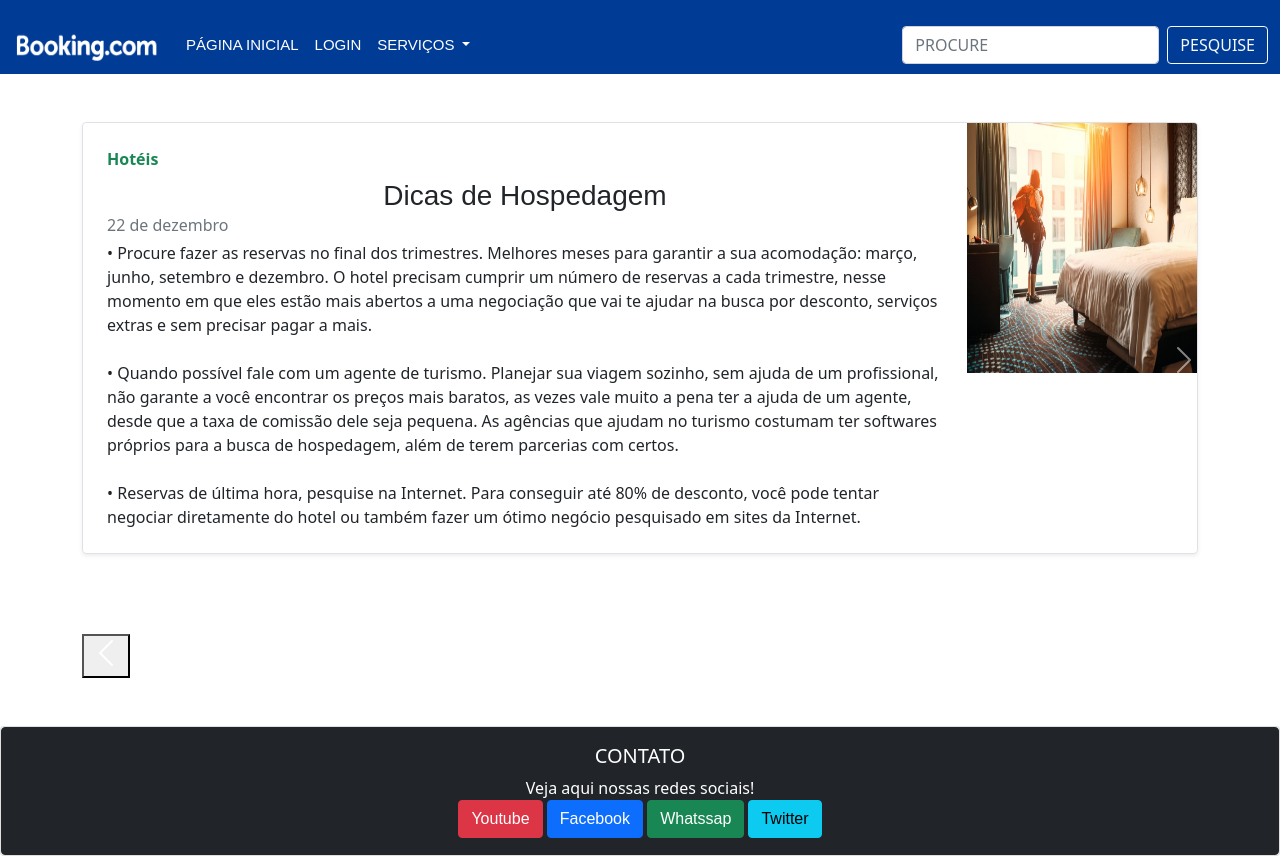
Repository: AnaLuizaDias/INB0243-
Page: contato.html
An editor plug-in stored every save of this project. The page is shown before and after the next save, followed by the edit.
The browser window is 1280 px wide. The pictures show the whole page.

Above is the page before, as saved 2023-10-25 16:12:57.

### contato.html
<!DOCTYPE html>
<html lang="pt-br">
  <head>
    <meta charset="UTF-8" />
    <meta
      name="viewport"
      content="width=device-width,
    initial-scale=1.0"
    />
    <title>Booking</title>
    <link rel="stylesheet" href="style.css" />
    <script
      src="https://cdn.jsdelivr.net/npm/bootstrap@5.1.3/dist/js/bootstrap.bundle.min.js"
      integrity="sha384-ka7Sk0Gln4gmtz2MlQnikT1wXgYsOg+OMhuP+IlRH9sENBO0LRn5q+8nbTov4+1p"
      crossorigin="anonymous"
    ></script>
    <link
      href="https://cdn.jsdelivr.net/npm/bootstrap@5.1.3/dist/css/bootstrap.min.css"
      rel="stylesheet"
      integrity="sha384-1BmE4kWBq78iYhFldvKuhfTAU6auU8tT94WrHftjDbrCEXSU1oBoqyl2QvZ6jIW3"
      crossorigin="anonymous"
    />
  </head>
  <body style="background-color: white">
    <nav class="navbar navbar-expand-lg navbar-light cor1">
      <div class="container-fluid 4"></div>
    </nav>

    <nav class="navbar navbar-expand-lg navbar-light cor1">
      <div class="container-fluid 4">
        <img src="images/booking.png" alt="Imagem" height="42" width="150" />
        <a class="navbar-brand text-white" href=""></a>
        <button
          class="navbar-toggler"
          type="button"
          data-bs-toggle="collapse"
          data-bs-target="#navbarScroll"
          aria-controls="navbarScroll"
          aria-expanded="false"
          aria-label="Toggle navigation"
        >
          <span class="navbar-toggler-icon"></span>
        </button>
        <div class="collapse navbar-collapse" id="navbarScroll">
          <ul
            class="navbar-nav me-auto my-2 my-lg-0 navbar-nav-scroll"
            style="--bs-scroll-height: 100px"
          >
            <li class="nav-item">
              <a
                class="nav-link active text-white"
                aria-current="page"
                href="index.html"
                >PÁGINA INICIAL</a
              >
            </li>
            <li class="nav-item teste">
              <a class="nav-link text-white" href="login.html">LOGIN</a>
            </li>
            <li class="nav-item dropdown">
              <a
                class="nav-link dropdown-toggle text-white"
                href="#"
                id="navbarScrollingDropdown"
                role="button"
                data-bs-toggle="dropdown"
                aria-expanded="false"
              >
                SERVIÇOS
              </a>
              <ul
                class="dropdown-menu"
                aria-labelledby="navbarScrollingDropdown"
              >
                <li><a class="dropdown-item" href="pass.html">PASSAGENS</a></li>
                <li><a class="dropdown-item" href="hot.html">HOSPEDAGEM</a></li>
                <li><a class="dropdown-item" href="loc.html">LOCOMOÇÃO</a></li>
                <li><a class="dropdown-item" href="localizacao.html">LOCALIZAÇÃO</a></li>
              <li><a class="dropdown-item" href="faq.html">FAQ</a></li>
              <li><a class="dropdown-item" href="contato.html">CONTATO</a></li>
                <li>
                  <hr class="dropdown-divider" />
                </li>
                <li>
                  <a class="dropdown-item" href="relat.html">EXPERIÊNCIAS</a>
                </li>
              </ul>
            </li>
            <li class="nav-item text-white">
              <a class="nav-link disabled"></a>
            </li>
          </ul>
          <form class="d-flex">
            <input
              class="form-control me-2"
              type="search"
              placeholder="PROCURE"
              aria-label="Search"
            />
            <button class="btn btn-outline-light" type="submit">
              PESQUISE
            </button>
          </form>
        </div>
      </div>
    </nav>
    <br /><br />

    <main class="container">
      <div class="row mb-2">
        <div class="col-md-12">
          <div
            class="row g-0 border rounded overflow-hidden flex-md-row mb-4 shadow-sm h-md-250 position-relative"
          >
            <div class="col p-4 d-flex flex-column position-static">
              <strong class="d-inline-block mb-2 text-success">Hotéis</strong>
              <h3 class="mb-0">Dicas de Hospedagem</h3>
              <div class="mb-1 text-muted">22 de dezembro</div>
              <p class="card-text mb-auto">
                • Procure fazer as reservas no final dos trimestres. Melhores
                meses para garantir a sua acomodação: março, junho, setembro e
                dezembro. O hotel precisam cumprir um número de reservas a cada
                trimestre, nesse momento em que eles estão mais abertos a uma
                negociação que vai te ajudar na busca por desconto, serviços
                extras e sem precisar pagar a mais.<br />
                <br />• Quando possível fale com um agente de turismo. Planejar
                sua viagem sozinho, sem ajuda de um profissional, não garante a
                você encontrar os preços mais baratos, as vezes vale muito a
                pena ter a ajuda de um agente, desde que a taxa de comissão dele
                seja pequena. As agências que ajudam no turismo costumam ter
                softwares próprios para a busca de hospedagem, além de terem
                parcerias com certos.<br />
                <br />• Reservas de última hora, pesquise na Internet. Para
                conseguir até 80% de desconto, você pode tentar negociar
                diretamente do hotel ou também fazer um ótimo negócio pesquisado
                em sites da Internet.
              </p>
            </div>
            <div class="col-auto d-none d-lg-block">
              <img src="images/hospedagem.jpg" width="230" height="250" />
            </div>
          </div>
        </div>

      </div>

      <br /><br />

        <button
          class="carousel-control-prevO nosso atendimento ao cliente está aberto 24 horas, e nosso telefone de contato é o 11 4700 3708 para questões que devam ser tratadas com urgência, uma vez que esta plataforma não permite o atendimento imediato."
          type="button"
          data-bs-target="#carouselExampleDark"
          data-bs-slide="prev"
        >
          <span class="carousel-control-prev-icon" aria-hidden="true"></span>
          <span class="visually-hidden">Previous</span>
        </button>
        <button
          class="carousel-control-next"
          type="button"
          data-bs-target="#carouselExampleDark"
          data-bs-slide="next"
        >
          <span class="carousel-control-next-icon" aria-hidden="true"></span>
          <span class="visually-hidden">Next</span>
        </button>
      </div>
    </main>
    <br /><br />
    <div class="card text-center">
      <div class="card-body btn btn-dark">
        <h5 class="card-title">CONTATO</h5>
        <p class="card-text">
          Veja aqui nossas redes sociais!<br />
          <a href="https://www.youtube.com/?hl=pt&gl=BR" class="btn btn-danger"
            >Youtube</a
          >
          <a href="https://pt-br.facebook.com/" class="btn btn-primary"
            >Facebook</a
          >
          <a href="https://web.whatsapp.com/" class="btn btn-success"
            >Whatssap</a
          >
          <a href="https://twitter.com/login?lang=pt" class="btn btn-info"
            >Twitter</a
          >
        </p>
      </div>
    </div>
  </body>
</html>

### style.css
@import url('https://fonts.googleapis.com/css2?family=Bangers&display=swap');
@import url('https://fonts.googleapis.com/css2?family=Bangers&family=Bebas+Neue&display=swap');
@import url('https://fonts.googleapis.com/css2?family=Karla:ital,wght@1,300&display=swap');
.li {
    color: white;
}
.cor1{
    background-color: #003B95;
}
.cor2{
    background-color: #544eff;
}

body{
    background-color: #544eff ;
}
.cor3{
    background-color: #8F8CDB;
}
.teste {
    font-family: Arial, sans;
    color:white;
}

a{
    font-family:Arial, Helvetica, sans-serif;
    font-size:15px;
}
.navbar-brand {
    font-size: 30px;
}
cardy-body{
    padding: 20px;
}
.card1{
   width: 30%;
}
.foto1{
    width:50%;
}
.direita{
    float: right;
    width: 50%;
    padding-left: 5%;
    text-align: justify;
}
.esquerda{
    text-align: justify;
}
.form-signin {
    width: 100%;
    max-width: 330px;
    padding: 15px;
    margin: auto;
    font-family:'Times New Roman', Times, serif
  }

  .form-signin .checkbox {
    font-weight: 400;
  }

  .form-signin .form-floating:focus-within {
    z-index: 2;
  }

  .form-signin input[type="email"] {
    margin-bottom: -1px;
    border-bottom-right-radius: 0;
    border-bottom-left-radius: 0;
  }

  .form-signin input[type="password"] {
    margin-bottom: 10px;
    border-top-left-radius: 0;
    border-top-right-radius: 0;
  }
  h1, label{
    font-family: 'Segoe UI', Tahoma, Geneva, Verdana, sans-serif;
 }

 .cor{
     color: #fff;
 }
 .font{
     font-family: 'Segoe UI', Tahoma, Geneva, Verdana, sans-serif;
 }
 .conta{
    padding: 20px;
 }
 .ola{
    padding:20px;
 }
.formulario{
    padding:20px;
}
h3{
    text-align: center;
    font-family:Arial, Helvetica, sans-serif;
    font-size: 20px;
}

 .localizacao{
    align-content: center;
    padding-left: 30px;
 }

After the next save:
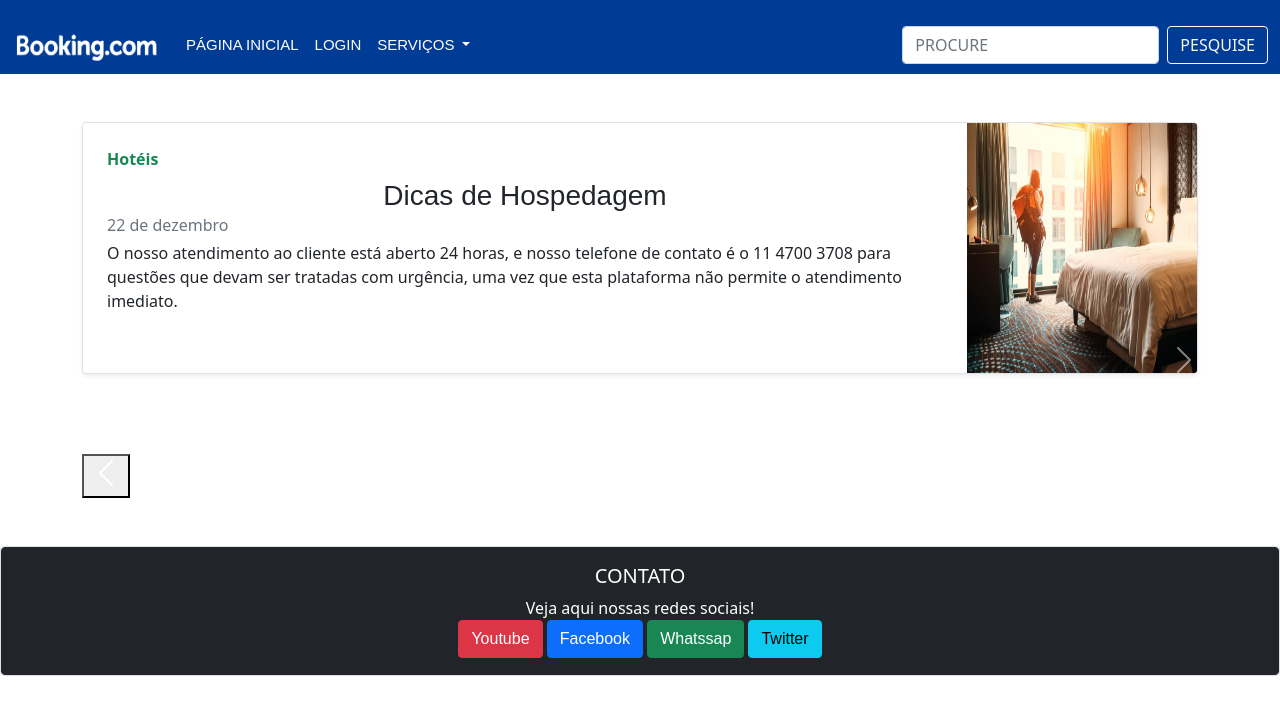
Saved 12 s later.
--- a/contato.html
+++ b/contato.html
@@ -117,23 +117,7 @@
               <h3 class="mb-0">Dicas de Hospedagem</h3>
               <div class="mb-1 text-muted">22 de dezembro</div>
               <p class="card-text mb-auto">
-                • Procure fazer as reservas no final dos trimestres. Melhores
-                meses para garantir a sua acomodação: março, junho, setembro e
-                dezembro. O hotel precisam cumprir um número de reservas a cada
-                trimestre, nesse momento em que eles estão mais abertos a uma
-                negociação que vai te ajudar na busca por desconto, serviços
-                extras e sem precisar pagar a mais.<br />
-                <br />• Quando possível fale com um agente de turismo. Planejar
-                sua viagem sozinho, sem ajuda de um profissional, não garante a
-                você encontrar os preços mais baratos, as vezes vale muito a
-                pena ter a ajuda de um agente, desde que a taxa de comissão dele
-                seja pequena. As agências que ajudam no turismo costumam ter
-                softwares próprios para a busca de hospedagem, além de terem
-                parcerias com certos.<br />
-                <br />• Reservas de última hora, pesquise na Internet. Para
-                conseguir até 80% de desconto, você pode tentar negociar
-                diretamente do hotel ou também fazer um ótimo negócio pesquisado
-                em sites da Internet.
+                O nosso atendimento ao cliente está aberto 24 horas, e nosso telefone de contato é o 11 4700 3708 para questões que devam ser tratadas com urgência, uma vez que esta plataforma não permite o atendimento imediato.
               </p>
             </div>
             <div class="col-auto d-none d-lg-block">
